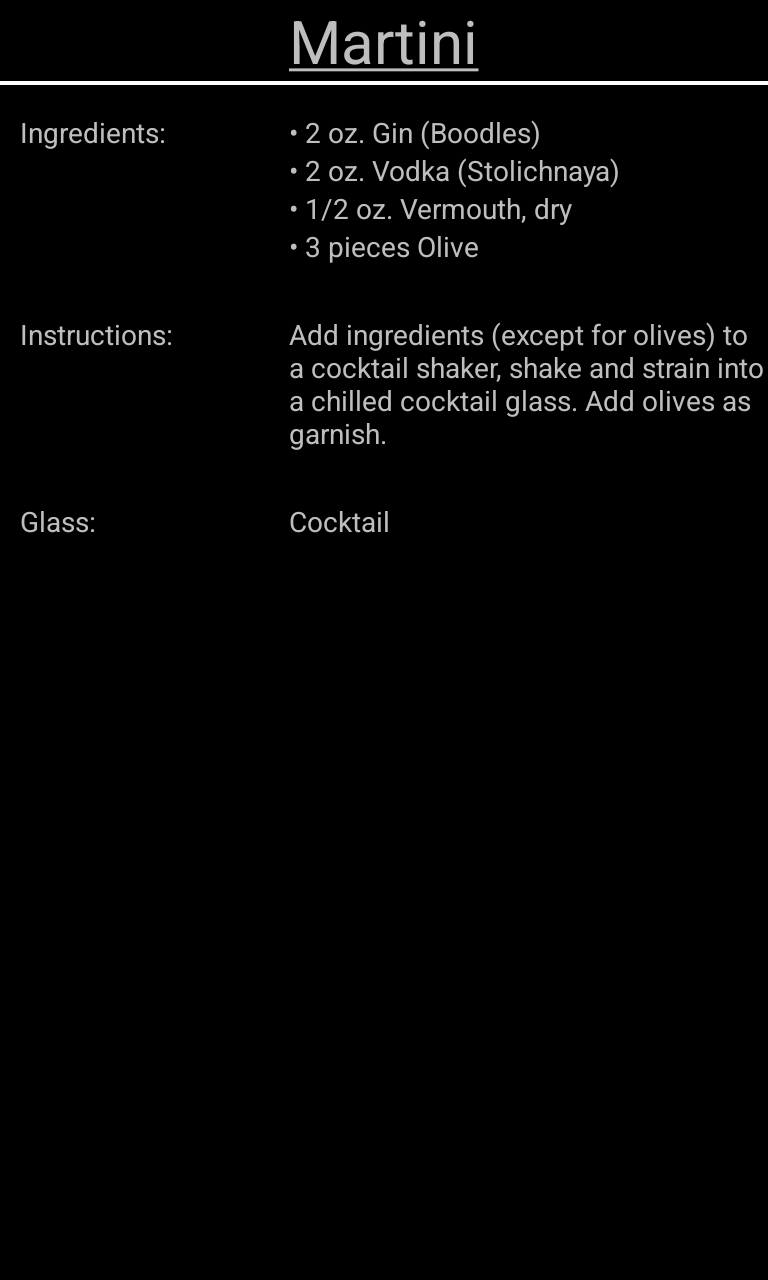
Repository: caltangelo/Drinkables
Layout: CocktailView/res/layout/main.xml
An editor plug-in stored every save of this project. The layout is shown before and after the next save, followed by the edit.
It is drawn on a 768 x 1280 px phone screen (xhdpi) without system bars, with theme android:Theme; the app's code is not run.

Above is the layout before, as saved 2011-09-22 21:58:20.

After the next save:
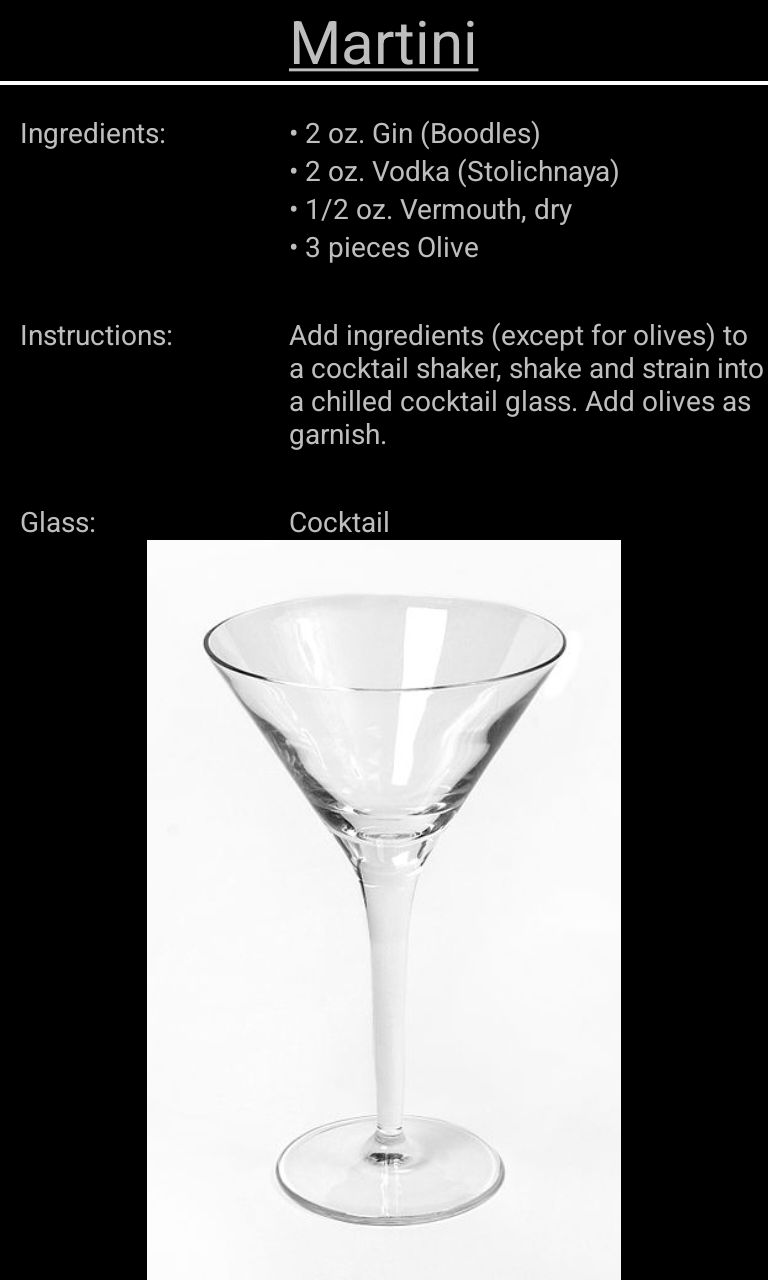
Saved 4 min 35 s later.
--- a/CocktailView/res/layout/main.xml
+++ b/CocktailView/res/layout/main.xml
@@ -61,6 +61,7 @@
 		android:layout_toRightOf="@id/glass_label" android:text="@string/drink_glass"
 		android:layout_height="wrap_content" android:layout_width="wrap_content"
 		android:layout_alignTop="@id/glass_label" android:layout_alignLeft="@+id/drinkname" />
+	<ImageView android:layout_height="wrap_content" android:id="@+id/imageView1" android:src="@drawable/cocktail_glass" android:layout_width="wrap_content" android:layout_below="@+id/glass_label" android:layout_alignParentLeft="true"></ImageView>
 
 
 </RelativeLayout>
